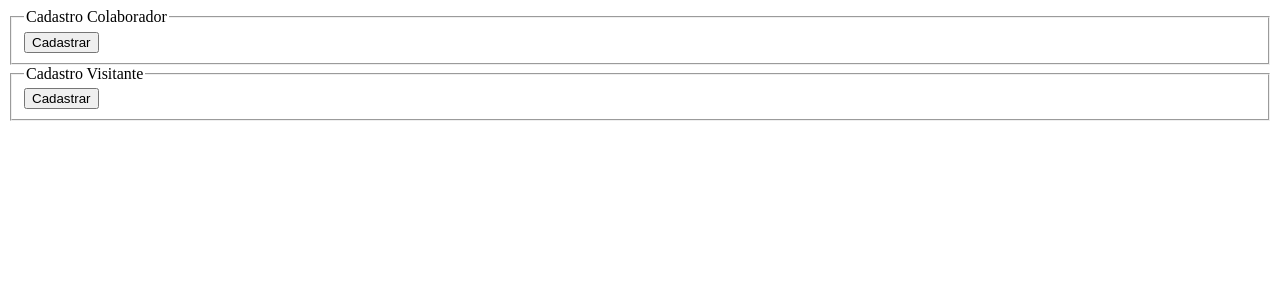
Repository: tdex/cmproject
Page: http://localhost/cmproject/
The author's editor kept a copy of each file at every save. The page is drawn from the files as they stood at one save, then again after the next save.
The browser window is 1280 px wide. The pictures show the whole page.
The page is served by Tomcat 9.

Above is the page before, as saved 2015-06-16 15:05:57.

After the next save:
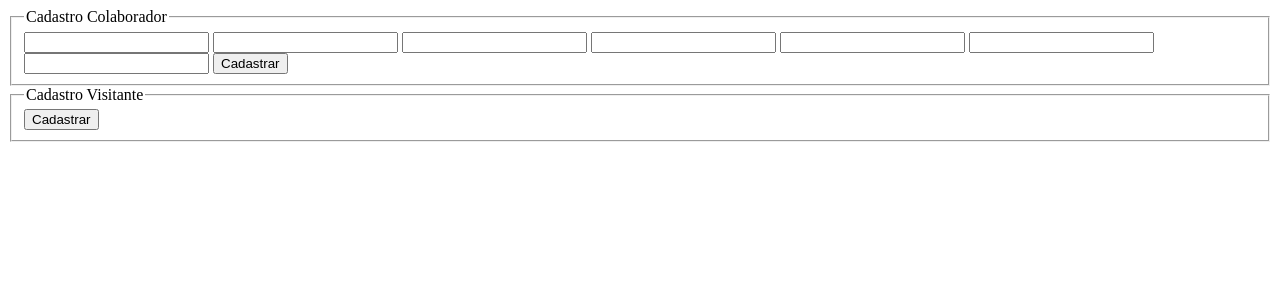
Saved 2 min 30 s later.
--- a/codigo/cmproject/cmproject/WebContent/index.jsp
+++ b/codigo/cmproject/cmproject/WebContent/index.jsp
@@ -10,6 +10,13 @@
 	<form action="validaColaborador.jsp" method="get">
 		<fieldset>
 			<legend>Cadastro Colaborador</legend>
+			<input type="text" name="nome">
+			<input type="text" name="telefone">
+			<input type="text" name="cpf">
+			<input type="text" name="email" required>
+			<input type="text" name="senha" required>
+			<input type="text" name="endereco">
+			<input type="text" name="tipoAcesso" required>
 			<input type="submit" value="Cadastrar">
 		</fieldset>
 	</form>
